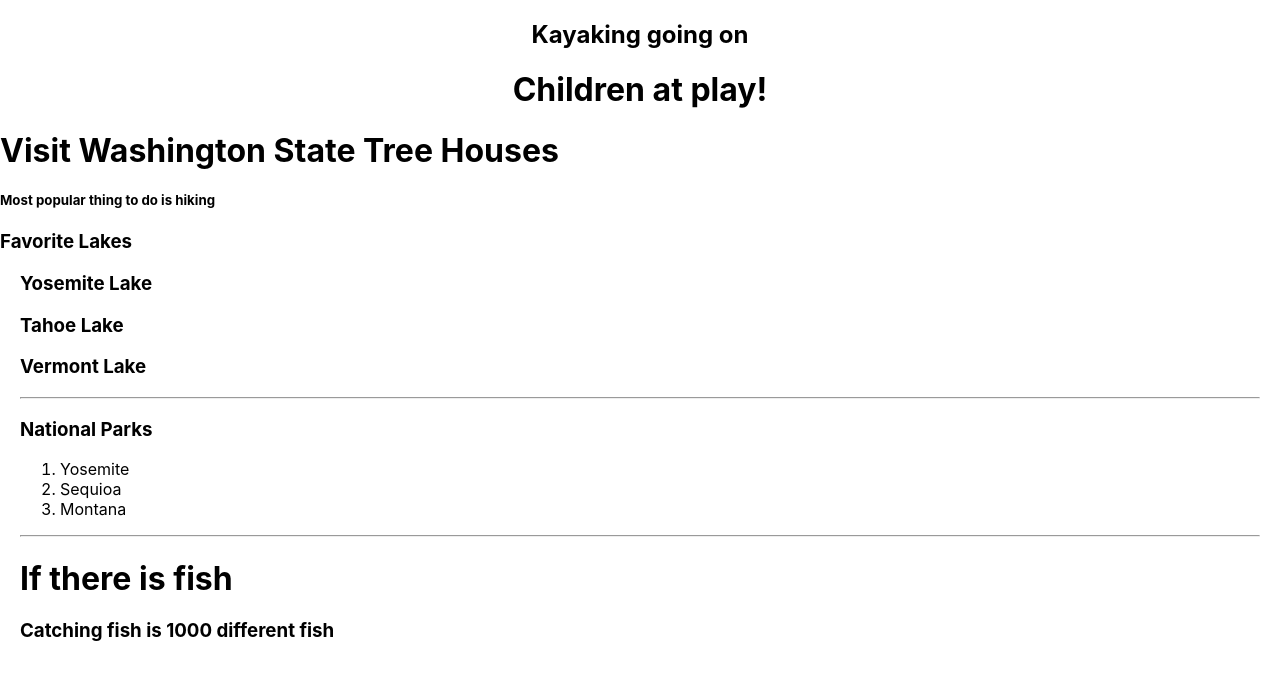
Repository: CaptainStorm21/intro-react-hooks
Page: /
These files come from the project's save history. The page is drawn as it stood at one moment and after a run of saves; the edit follows.
The browser window is 1280 px wide. The pictures show the whole page.
The project was rebuilt for these pictures with package versions that can differ from the ones it lists, and the page was loaded fresh each time.

Above is the page before, as saved 2020-05-27 00:06:31.

### src/index.js
import React from "react";
import ReactDOM from "react-dom";
import "./index.css";
import Fragment from "./Fragment"

const nationalParkList = ["Yosemite", "Sequioa", "Montana"];
const campingList = [
  {
    id: 0,
    name: "Mulberry Camp",
    location: " South Montana",
  },
  {
    id: 1,
    name: "Volga Camp",
    location: "Oregon",
  },
  {
    id: 2,
    name: "Captain Camp",
    location: "East Montana",
  },
  {
    id: 3,
    name: "Blue Dunes Camp",
    location: "South Montana",
  },
];

function Lake({ name }) {
  return <h3>{name}</h3>;
}

function Fishing({ abundant }) {
  return (
    < div >
      <h3> Catching fish is {abundant}</h3>
    </div >
  )
}

function Icehole ({ icefishing }) {
  return (
    < div >
      <h3> Winter Fish is {icefishing}</h3>
    </div >
  )
}

function MontanaFall() {
  return (
    <div>
      <h3>Come see Montana!</h3>
      <hr></hr>
      <div className="campstyle">
        {campingList.map((camp) => (
          <div key={camp.id}>
            <h4>{camp.name}</h4>
            <p>Location:{camp.location}</p>
          </div>
        ))}
      </div>
    </div>
  );
}

function SkiResort({thingstodo}) {
  return (
    <div>
      <h1>Visit Washington State Tree Houses</h1>
      <h5>Most popular thing to do is {thingstodo}</h5>
    </div>
  );
}
function App(props) {

  if (props.season === "fall") {
    return <MontanaFall />;
  } else if (props.season === "summer"){
    return (
      <div>
        <Fragment />
        <SkiResort  thingstodo="hiking"/>
        <h3>Favorite Lakes</h3>
        <div className="lakestyle">
          <Lake name="Yosemite Lake" />
          <Lake name="Tahoe Lake" />
          <Lake name="Vermont Lake" />
          <hr></hr>
          <h3>National Parks</h3>
          <ol>
            {props.parks.map((park) => (
              <li>{park}</li>
            ))}
          </ol>
          <hr></hr>
          <h1>If there is fish</h1>
          <div>
            {props.season === "summer" ? (
              <Fishing abundant="1000 different fish" />
            ) : props.season === "winter" ? (
              <Icehole icefishing="A lot of pikes" />
            ) : (<h1>Wanna stay home?</h1>)}
            </div>
        </div>
      </div>
    );
  }
}

// function Hello({ library, message, books }) {
//   return (
//     <div>
//       <h1>Hello {library}</h1>
//       <h4>books avail to rent {books}</h4>
//       <h5>Hours: {message}</h5>
//     </div>
//   )
// }

// function Hello(props) {
//   console.log(props);
//   console.log(Object.keys(props));
//   return (
//     <div>
//       <h1>Hello from {props.library}</h1>
//       <h3>{props.message}</h3>
//       <h4> books available to rent - {props.books}</h4>
//       <h5>Props used - {Object.keys(props).length}</h5>
//     </div>
//   )
// }

// function Hello() {
//   return (
//     <div>
//       <p> rendering is happening </p>
//       <h1>Hello world!</h1>
//     </div>
//   )
// }
ReactDOM.render(
  //  React.createElement("h1", null, "Hello"),
  // React.createElement("h1", { style: { color: "red" } }, "Hello"),
  // React.createElement("div", { style: { color: "blue" } },
  // React.createElement("h1", null, "Morning")  ),
  // <ul>
  //   <li>Pizza</li>
  //   <li>Sushi</li>
  // </ul>,
  // /* <Hello></Hello>, */
  // <Hello library="Washington Library" message="Open for all " books={10}/>,
  <App parks={nationalParkList} season="summer" />,
  document.getElementById("root")
);

### src/index.css
body {
  margin: 0;
  font-family: -apple-system, BlinkMacSystemFont, 'Segoe UI', 'Roboto', 'Oxygen',
    'Ubuntu', 'Cantarell', 'Fira Sans', 'Droid Sans', 'Helvetica Neue',
    sans-serif;
  -webkit-font-smoothing: antialiased;
  -moz-osx-font-smoothing: grayscale;
}

code {
  font-family: source-code-pro, Menlo, Monaco, Consolas, 'Courier New',
    monospace;
}

.lakestyle, .campstyle {
  padding-left: 20px;
  padding-right: 20px;
}

### src/Fragment.js
import React from "react";
import "./App.css";

function Kids() {
    return (
        <h1>Children at play!</h1>
    )
}

function Kayak() {
    return (
        <h2> Kayaking going on </h2>
    )
}

function Fragment() {
  return (
    <div className="App">
          <Kayak />
          <Kids/>
    </div>
  );
}

export default Fragment;

Loaded but not shown: public/index.html (common file); src/App.css (common file)

After the next 3 saves:
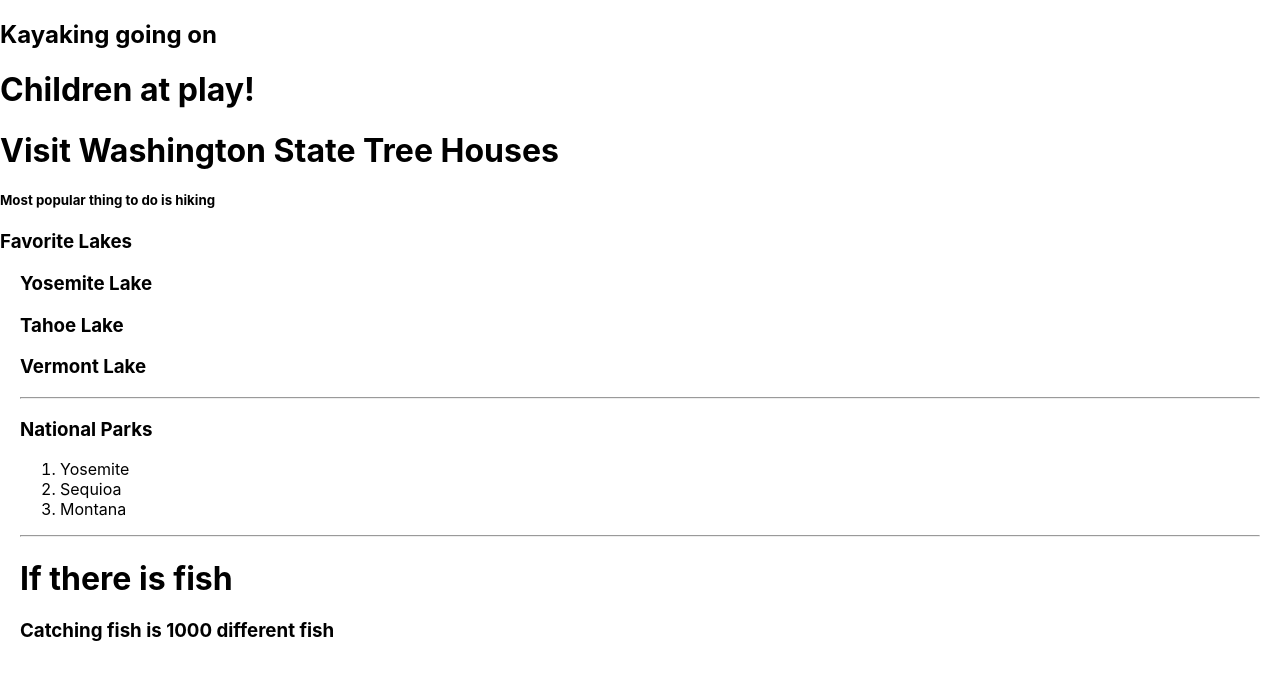
The 3 saves are shown as one change because 1 did not build or start and some came seconds apart.
The last was saved 63 s later.
--- a/src/Fragment.js
+++ b/src/Fragment.js
@@ -15,10 +15,10 @@ function Kayak() {
 
 function Fragment() {
   return (
-    <div className="App">
-          <Kayak />
-          <Kids/>
-    </div>
+    <React.Fragment>
+      <Kayak />
+      <Kids />
+    </React.Fragment>
   );
 }
 
